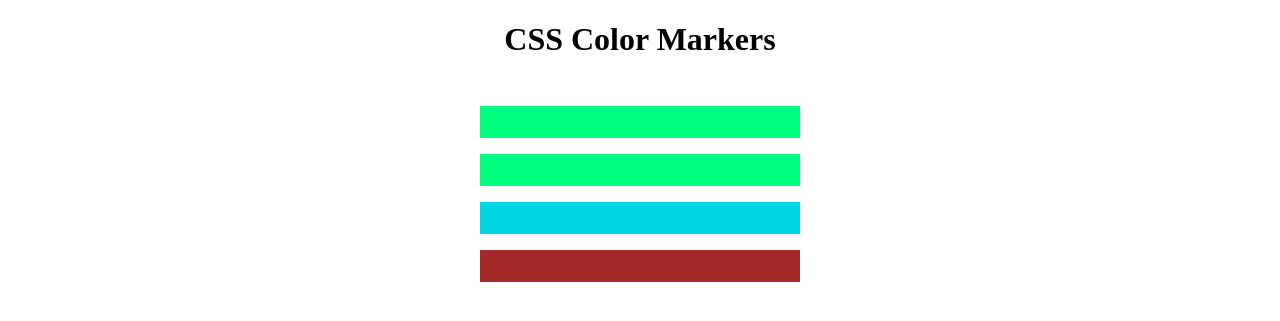
Repository: Lungdjos/color_markers
Page: index.html
These files come from the project's save history. The page is drawn as it stood at one moment and after a run of saves; the edit follows.
The browser window is 1280 px wide. The pictures show the whole page.

Above is the page before, as saved 2023-09-13 11:22:31.

### index.html
<!DOCTYPE html>
<html lang="en">

<head>
    <meta charset="UTF-8">
    <meta name="viewport" content="width=device-width, initial-scale=1.0">
    <title>Colored Markers</title>
    <link rel="stylesheet" href="styles.css">
</head>

<body>
    <h1>CSS Color Markers</h1>
    <div class="container">
        <div class="marker one"></div>
        <div class="marker two"></div>
        <div class="marker three"></div>
        <div class="marker four"></div>
    </div>
</body>

</html>

### styles.css
/* STYLING */

h1 {
    text-align: center;
}

.marker {
    /* background-color: red; */
    width: 320px;
    height: 32px;
    margin: 16px auto;
}

.one {
    background-color: rgb(0, 255, 127);
}

.two {
    background-color: rgb(0, 255, 127);
}

.three {
    background-color: rgb(0, 215, 227);
}

.four {
    background-color: brown;
}

.container {
    background-color: rgb(255, 255, 255);
    margin: auto;
    padding: 10px 0px;
}

After the next 2 saves:
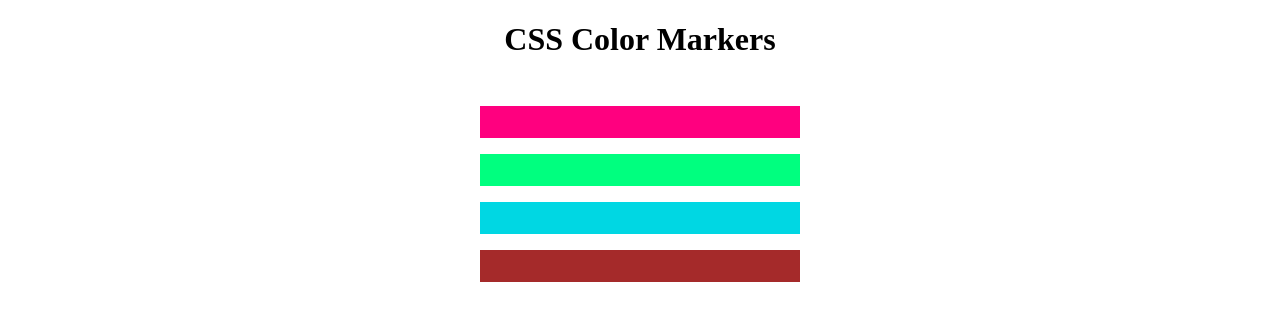
The 2 saves are shown as one change because they came seconds apart.
The last was saved 10 s later.
--- a/styles.css
+++ b/styles.css
@@ -12,7 +12,7 @@ h1 {
 }
 
 .one {
-    background-color: rgb(0, 255, 127);
+    background-color: rgb(255, 0, 127);
 }
 
 .two {
